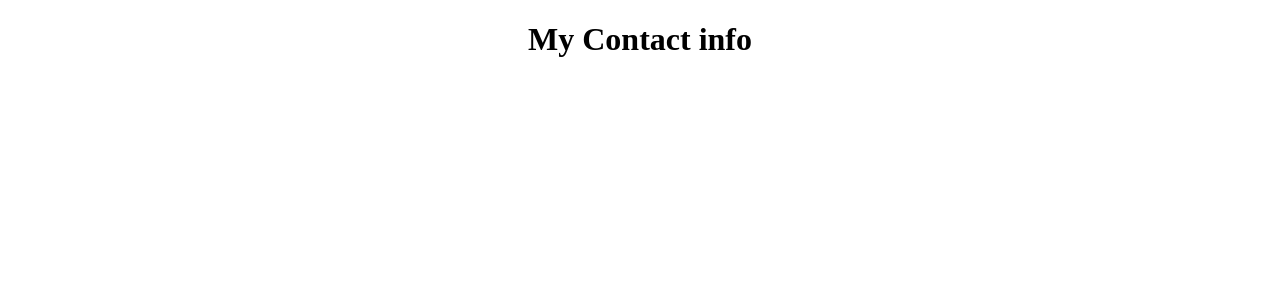
Repository: Melinda-Nanjad-Personal-Website/Personal-web
Page: contact.html
An editor plug-in stored every save of this project. The page is shown before and after the next save, followed by the edit.
The browser window is 1280 px wide. The pictures show the whole page.

Above is the page before, as saved 2023-07-27 20:00:09.

After the next save:
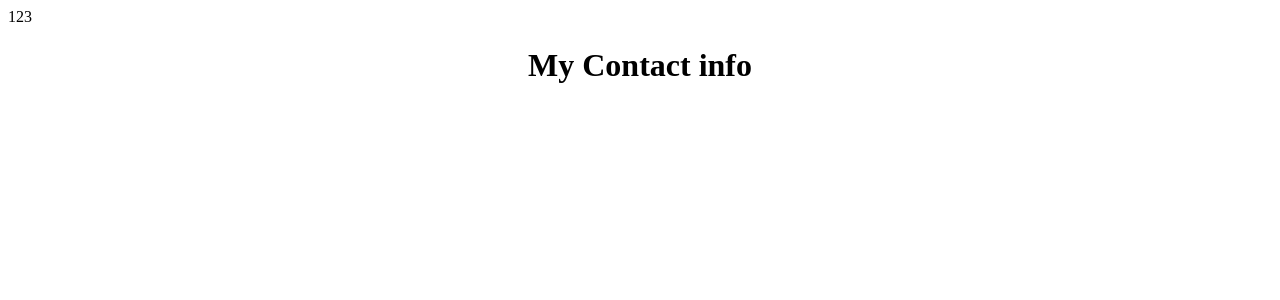
Saved 7 min 54 s later.
--- a/contact.html
+++ b/contact.html
@@ -3,10 +3,17 @@
 <head>
     <meta charset="UTF-8">
     <meta name="viewport" content="width=device-width, initial-scale=1.0">
+    <link rel="stylesheet" type="text/css" href="cf.css">
     <title>Contact Page</title>
 </head>
 <body>
-    <link rel="stylesheet" type="text/css" href="cf.css">
+    <div class="container">
+        <div class="item item-1">1</div"
+            <div class="item item-2">2</div"
+                <div class="item item-3">3</div"
+
+
+    </div>
 
     <h1><center/>My Contact info</h1>
 </body>
